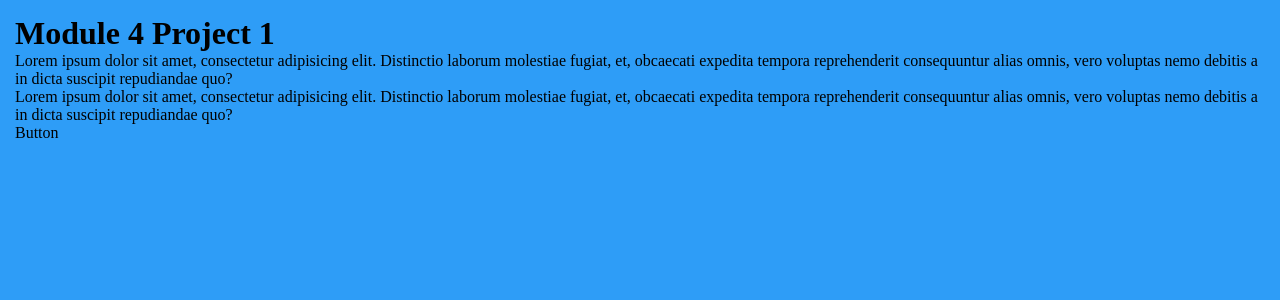
Repository: mlmEFSC21/P6-External-Style-Sheet
Page: index.html
An editor plug-in stored every save of this project. The page is shown before and after the next save, followed by the edit.
The browser window is 1280 px wide. The pictures show the whole page.

Above is the page before, as saved 2022-02-09 19:58:21.

### index.html
<!DOCTYPE html>
<html lang="en">
    <head>
        <meta charset="UTF-8" />
        <meta http-equiv="X-UA-Compatible" content="IE=edge" />
        <meta name="viewport" content="width=device-width, initial-scale=1.0" />
        <link rel="stylesheet" href="Styles.css" />
        <title>External Style Sheets</title>
    </head>
    <header><h1>Module 4 Project 1</h1></header>
    <body>
        <div class="p1">
            <p>
                Lorem ipsum dolor sit amet, consectetur adipisicing elit. Distinctio laborum
                molestiae fugiat, et, obcaecati expedita tempora reprehenderit consequuntur alias
                omnis, vero voluptas nemo debitis a in dicta suscipit repudiandae quo?
            </p>
        </div>
        <div class="p2">
            <p>
                Lorem ipsum dolor sit amet, consectetur adipisicing elit. Distinctio laborum
                molestiae fugiat, et, obcaecati expedita tempora reprehenderit consequuntur alias
                omnis, vero voluptas nemo debitis a in dicta suscipit repudiandae quo?
            </p>
        </div>
        <div class="button">Button</div>
    </body>
</html>

### Styles.css
:root {
    /* --clr-font: black; */
    --clr-background: #2e9df7;
    --clr-button: #ffc907;
}
*,
*::before,
*::after {
    margin: 0;
    padding: 0;
    box-sizing: border-box;
}
body {
    background-color: var(--clr-background);
    color: black;
    margin: 10px;
    padding: 5px;
}
.p1 {
    float: left;
}
.p2 {
    float: right;
}

After the next save:
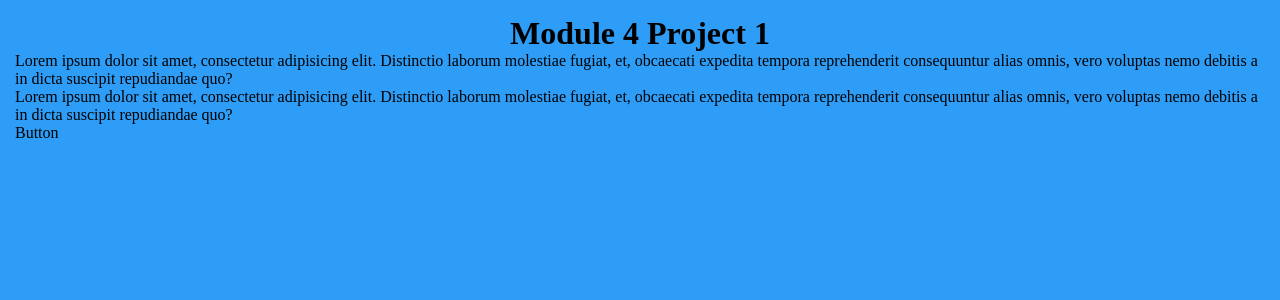
Saved 3 min 40 s later.
--- a/Styles.css
+++ b/Styles.css
@@ -9,6 +9,9 @@
     margin: 0;
     padding: 0;
     box-sizing: border-box;
+}
+header {
+    text-align: center;
 }
 body {
     background-color: var(--clr-background);
